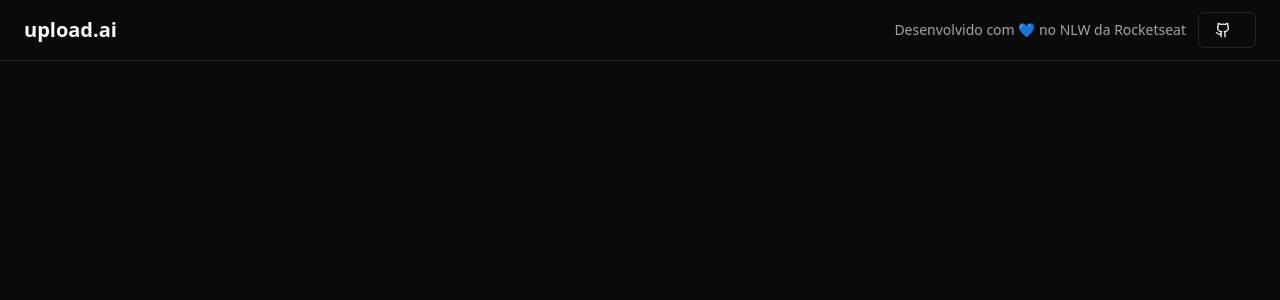
Repository: ricardolimati/upload-ai-web
Page: /
An editor plug-in stored every save of this project. The page is shown before and after a run of saves, followed by the edit.
The browser window is 1280 px wide. The pictures show the whole page.
The project was rebuilt for these pictures with package versions that can differ from the ones it lists, and the page was loaded fresh each time. Also part of the build but not shown: vite.config.ts.

Above is the page before, as saved 2023-09-11 23:14:29.

After the next 2 saves:
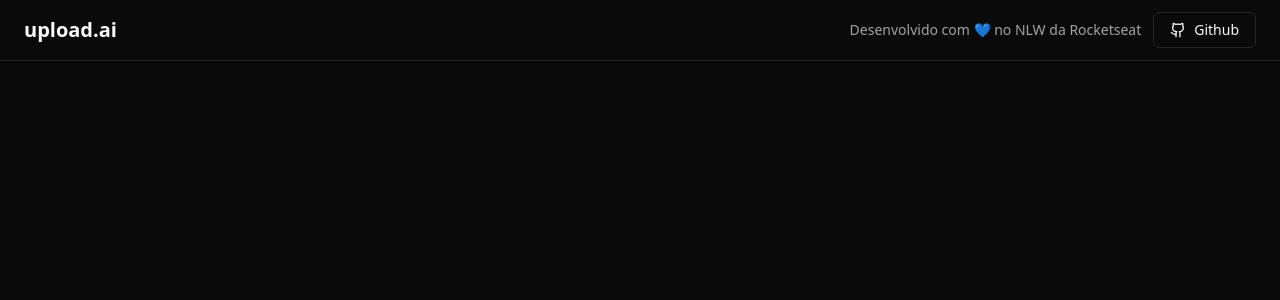
The 2 saves are shown as one change because they came seconds apart.
The last was saved 22 s later.
--- a/src/App.tsx
+++ b/src/App.tsx
@@ -10,7 +10,7 @@ export function App() {
         <span className="text-sm text-muted-foreground">
           Desenvolvido com 💙 no NLW da Rocketseat</span>
         <Button variant="outline">
-          <Github className="w-4 h-4 mr-2" />
+          <Github className="w-4 h-4 mr-2" />Github
         </Button>
       </div>
     </div>
